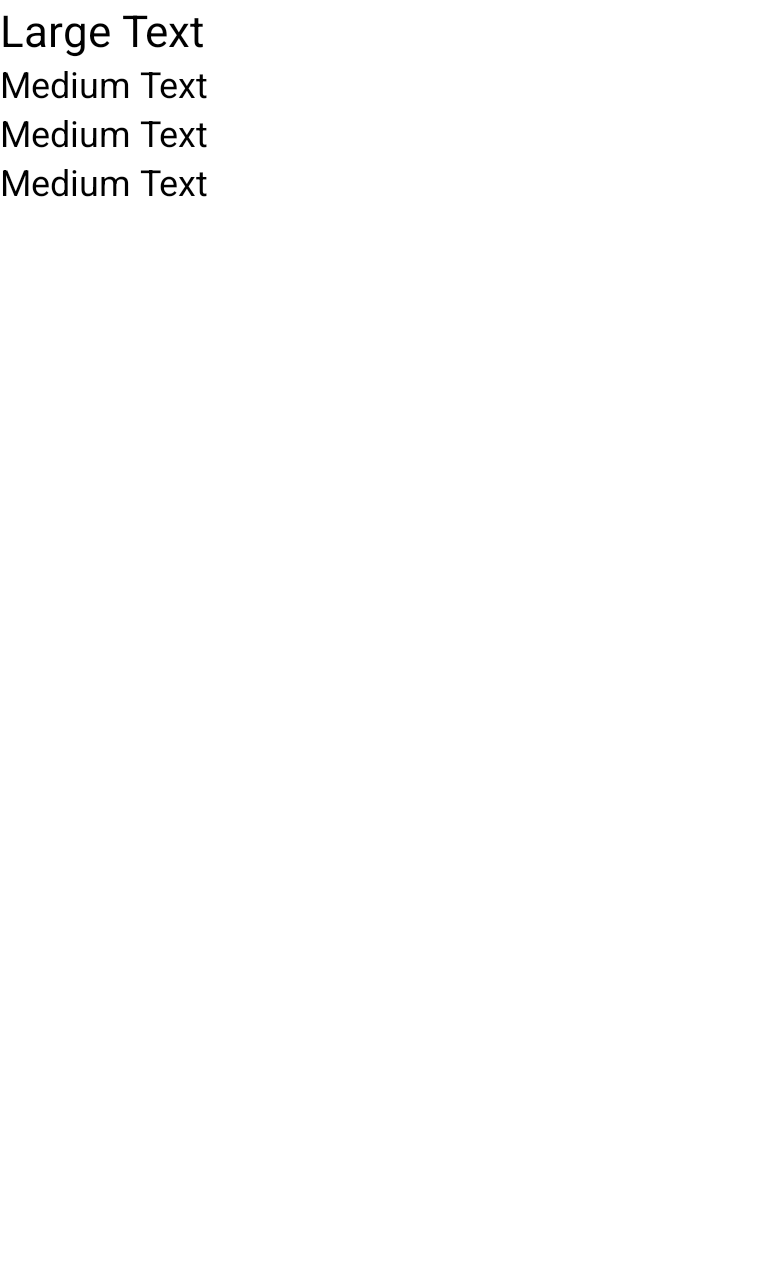
Repository: born2behappy18/meetingMiliue
Layout: MeetingMileu/res/layout/profile.xml
The author's editor kept a copy of each file at every save. The layout is drawn from the files as they stood at one save, then again after the next save.
It is drawn on a 768 x 1280 px phone screen (xhdpi) without system bars, with theme AppTheme; the app's code is not run.

Above is the layout before, as saved 2015-10-13 11:08:59.

### MeetingMileu/res/layout/profile.xml
<?xml version="1.0" encoding="utf-8"?>
<LinearLayout xmlns:android="http://schemas.android.com/apk/res/android"
    android:layout_width="match_parent"
    android:layout_height="match_parent"
    android:orientation="vertical" >

    <TextView
        android:id="@+id/textView1"
        android:layout_width="wrap_content"
        android:layout_height="wrap_content"
        android:text="Large Text"
        android:textAppearance="?android:attr/textAppearanceLarge" />

    <TextView
        android:id="@+id/textView2"
        android:layout_width="wrap_content"
        android:layout_height="wrap_content"
        android:text="Medium Text"
        android:textAppearance="?android:attr/textAppearanceMedium" />

    <TextView
        android:id="@+id/textView3"
        android:layout_width="wrap_content"
        android:layout_height="wrap_content"
        android:text="Medium Text"
        android:textAppearance="?android:attr/textAppearanceMedium" />

    <TextView
        android:id="@+id/textView4"
        android:layout_width="wrap_content"
        android:layout_height="wrap_content"
        android:text="Medium Text"
        android:textAppearance="?android:attr/textAppearanceMedium" />

</LinearLayout>

Loaded but not shown: MeetingMileu/res/values/styles.xml (common file); MeetingMileu/res/values-v11/styles.xml (common file); MeetingMileu/res/values-v14/styles.xml (common file)

After the next save:
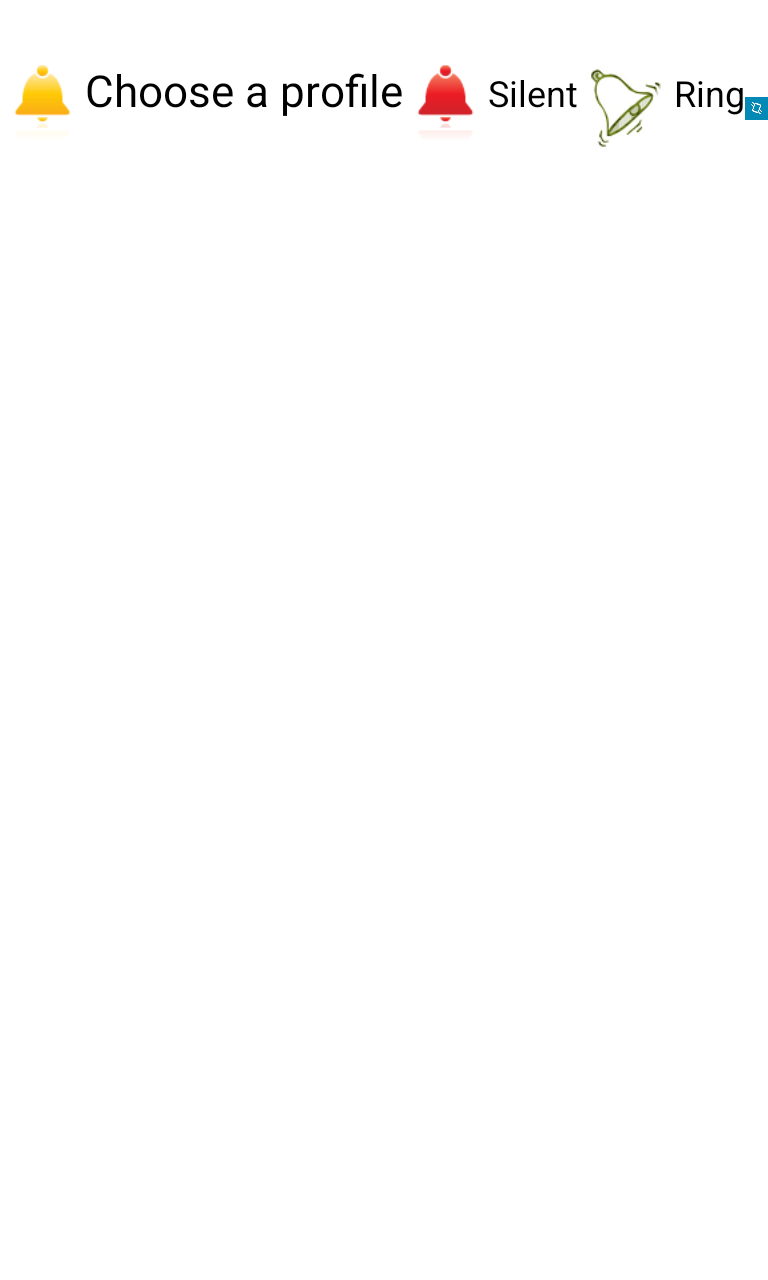
Saved 3 min 57 s later.
--- a/MeetingMileu/res/layout/profile.xml
+++ b/MeetingMileu/res/layout/profile.xml
@@ -3,33 +3,61 @@
     android:layout_width="match_parent"
     android:layout_height="match_parent"
     android:orientation="vertical" >
+<LinearLayout
+    android:layout_width="match_parent"
+    android:layout_height="wrap_content"
+    android:orientation="horizontal"
+    android:layout_marginTop="30dp">
+    <ImageView
+        android:id="@+id/imageView1"
+        android:layout_width="wrap_content"
+        android:layout_height="wrap_content"
+        android:src="@drawable/alarm" />
 
     <TextView
         android:id="@+id/textView1"
         android:layout_width="wrap_content"
         android:layout_height="wrap_content"
-        android:text="Large Text"
+        android:text="Choose a profile"
         android:textAppearance="?android:attr/textAppearanceLarge" />
+
+    <ImageView
+        android:id="@+id/imageView2"
+        android:layout_width="wrap_content"
+        android:layout_height="wrap_content"
+        android:src="@drawable/silent" />
 
     <TextView
         android:id="@+id/textView2"
         android:layout_width="wrap_content"
         android:layout_height="wrap_content"
-        android:text="Medium Text"
+        android:text="Silent"
         android:textAppearance="?android:attr/textAppearanceMedium" />
+
+    <ImageView
+        android:id="@+id/imageView3"
+        android:layout_width="wrap_content"
+        android:layout_height="wrap_content"
+        android:src="@drawable/ring" />
 
     <TextView
         android:id="@+id/textView3"
         android:layout_width="wrap_content"
         android:layout_height="wrap_content"
-        android:text="Medium Text"
+        android:text="Ring"
         android:textAppearance="?android:attr/textAppearanceMedium" />
+
+    <ImageView
+        android:id="@+id/imageView4"
+        android:layout_width="wrap_content"
+        android:layout_height="wrap_content"
+        android:src="@drawable/vibrate" />
 
     <TextView
         android:id="@+id/textView4"
         android:layout_width="wrap_content"
         android:layout_height="wrap_content"
-        android:text="Medium Text"
+        android:text="Vibrate"
         android:textAppearance="?android:attr/textAppearanceMedium" />
 
 </LinearLayout>
